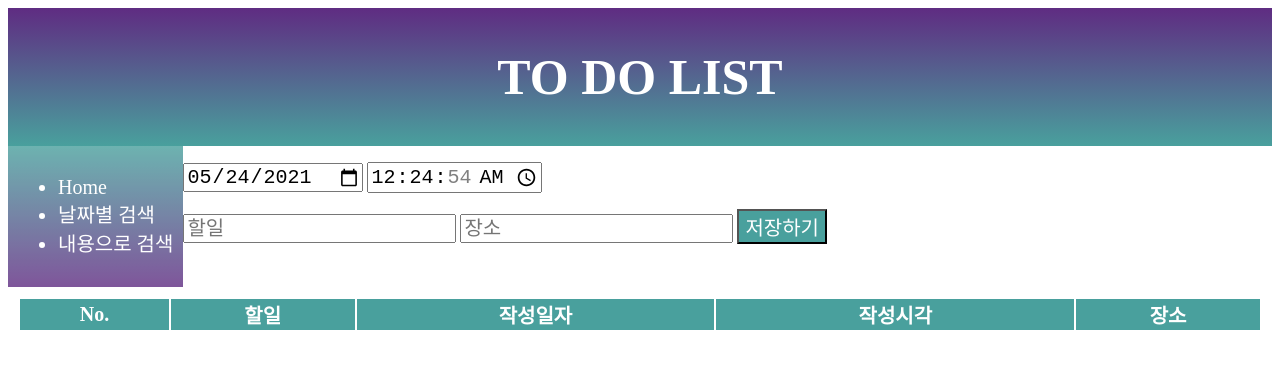
Repository: kimyoungjin98/Exam_Project
Page: http://localhost/Server_PR_TodoList/
The author's editor kept a copy of each file at every save. The page is drawn from the files as they stood at one save, then again after the next save.
The browser window is 1280 px wide. The pictures show the whole page.
Some web fonts or font styles are not loaded; a fallback is used. The page is served by Tomcat 9. Other server files are loaded and not shown. Queries for data that is not in the repository find no rows.

Above is the page before, as saved 2021-05-25 01:31:14.

### Server_PR_TodoList/src/main/webapp/WEB-INF/views/home.jsp
<%@ page language="java" contentType="text/html; charset=UTF-8"
    pageEncoding="UTF-8"%>
<%@ taglib uri="http://java.sun.com/jsp/jstl/core" prefix="c"%>
<c:set value="${pageContext.request.contextPath}" var="rootPath" />
<!DOCTYPE html>
<html>

<head>
<meta charset="UTF-8">
<title>어서오세요</title>
</head>
<script>
document.addEventListener("DOMContentLoaded",function(ev){

	document.querySelector("table")
	.addEventListener("click", function(ev){

		let tag = ev.target.tagName

		if(tag == "TD"){

			let seq = ev.target.closest("TR").dataset.seq

			document.location.href="${rootPath}/todo/view?td_seq=" + seq

		}

	})

})


</script>
<style>


@import url('https://fonts.googleapis.com/css2?family=Nanum+Gothic+Coding:wght@700&family=Roboto+Slab:wght@600&display=swap');
.jm-font {
		font-family: 'Nanum Gothic Coding', monospace;
		font-family: 'Roboto Slab', serif;
	}


table {
	width:100%;
	text-align: center;
	margin:3px auto;
	font-size:20px;
	padding:10px;
	font-weight: bolder;

}

table td{
	cursor:pointer;
	padding:5-%;


}

table td:hover{
	background-color: #49a09d;
	opacity: 0.5;
}

table div{
	border:1px solid #49a09d;
	outline:1px solid #49a09d;
}

table th{
	background-color:#49a09d;
	color:white;

}


</style>
<body>

	<%@ include file="/WEB-INF/views/banner.jsp" %>
	<p>
	<%@ include file="/WEB-INF/views/write.jsp" %>
	<p>
		<table>
		<div>
		<th>No.</th>
		<th>할일</th>
		<th>작성일자</th>
		<th>작성시각</th>
		<th>장소</th>
		</div>

		<c:forEach items="${TDLIST}" var="TD" varStatus="index">
			<tr data-seq="${TD.td_seq}">
				<td>${index.count}</td>
				<td>${TD.td_content}</td>
				<td>${TD.td_date}</td>
				<td>${TD.td_time}</td>
				<td>${TD.td_place}</td>
			</tr>

		</c:forEach>

	</table>

</body>
</html>

### Server_PR_TodoList/src/main/webapp/WEB-INF/views/banner.jsp
<%@ page language="java" contentType="text/html; charset=UTF-8"
    pageEncoding="UTF-8"%>
<%@ taglib uri="http://java.sun.com/jsp/jstl/core" prefix="c"%>
<c:set value="${pageContext.request.contextPath}" var="rootPath" />
<!DOCTYPE html>
<html>
<head>
<meta charset="UTF-8">
<title>Insert title here</title>
</head>
<script type="text/javascript">
document.addEventListener("DOMContentLoaded", function(){
	document.querySelector("nav").addEventListener("click",function(ev){

		let name = ev.target.id

		if(name == "home"){

			document
			.location
			.href="${rootPath}"


		}


	})

})

</script>
<style>
@import url('https://fonts.googleapis.com/css2?family=Nanum+Gothic+Coding:wght@700&family=Roboto+Slab:wght@600&display=swap');
.jm-font {
		font-family: 'Nanum Gothic Coding', monospace;
		font-family: 'Roboto Slab', serif;
	}

nav li:hover {

	cursor:pointer;

}

h1 {
	margin:auto;
	text-align: center;
	font-size:50px;
	background:linear-gradient(to bottom, #5f2c82, #49a09d);
	color:white;
	padding:40px;
}

nav {

	display:block;

	float:left;

	background:linear-gradient(to top, #5f2c82, #49a09d);
	opacity: 0.8;
	color:white;
	padding:10px;
	margin:auto;
	font-size:20px;

}


</style>
<body>
	<h1>TO DO LIST</h1>

	<nav>
	<ul>
	<li>Home</li>
	<li>날짜별 검색</li>
	<li >내용으로 검색</li>

	</ul>


	</nav>
</body>
</html>

### Server_PR_TodoList/src/main/webapp/WEB-INF/views/write.jsp
<%@ page language="java" contentType="text/html; charset=UTF-8"
    pageEncoding="UTF-8"%>
<%@ taglib uri="http://java.sun.com/jsp/jstl/core" prefix="c"%>
<c:set value="${pageContext.request.contextPath}" var="rootPath" />
<!DOCTYPE html>
<html>
<head>
<meta charset="UTF-8">
<title>Insert title here</title>
</head>
<script type="text/javascript">
document.addEventListener("DOMContentLoaded", function(ev){
	document.querySelector("button")
	.addEventListener("click",function(ev){

		let name = ev.target.className

		let td_date = document.querySelector("input[name='td_date']")
		let td_time = document.querySelector("input[name='td_time']")
		let td_content = document.querySelector("input[name='td_content']")
		let td_place = document.querySelector("input[name='td_place']")

		if(td_content.value == ""){

			alert("할일을 입력하세요 !")

			return false;
			}

			document.querySelector("form").submit();

	})

})

</script>
<style>

@import url('https://fonts.googleapis.com/css2?family=Nanum+Gothic+Coding:wght@700&family=Roboto+Slab:wght@600&display=swap');
.jm-font {
		font-family: 'Nanum Gothic Coding', monospace;
		font-family: 'Roboto Slab', serif;
	}

	label{
		font-size:20px;
	}

	input{
		font-size:20px;
	}

	button{
		background-color: #49a09d;
		color:white;
		font-size:20px;
		cursor:pointer;
	}


</style>
<body>



	<form method="POST" class="1">

	<input name="td_date" placeholder="작성일자" type="date" value="${TD.td_date}">
	<input name="td_time" placeholder="작성시각" type="time" value="${TD.td_time}"><p>
	<input name="td_content" placeholder="할일" value="${TD.td_content}"></input>
	<input name="td_place" placeholder="장소" value="${TD.td_place}">

		<button type="button">저장하기</button>
	</form>

</body>
</html>

### Server_PR_TodoList/src/main/java/com/callor/todo/controller/HomeController.java
package com.callor.todo.controller;

import java.io.IOException;
import java.text.SimpleDateFormat;
import java.util.Date;
import java.util.List;

import javax.servlet.ServletException;
import javax.servlet.annotation.WebServlet;
import javax.servlet.http.HttpServlet;
import javax.servlet.http.HttpServletRequest;
import javax.servlet.http.HttpServletResponse;

import com.callor.todo.model.TodoVO;
import com.callor.todo.service.TodoService;
import com.callor.todo.service.impl.TodoServiceImplV1;

@WebServlet("/")
public class HomeController extends HttpServlet{

	protected TodoService tdService;

	public HomeController() {

		tdService = new TodoServiceImplV1();

	}

	@Override
	protected void doGet(HttpServletRequest req, HttpServletResponse resp) throws ServletException, IOException {


		List<TodoVO> tdList = tdService.selectAll();

		req.setAttribute("TDLIST", tdList);

		SimpleDateFormat sDate = new SimpleDateFormat("yyyy-MM-dd");
		SimpleDateFormat sTime = new SimpleDateFormat("HH:mm:ss");
		Date date = new Date(System.currentTimeMillis());

		TodoVO tdVO = new TodoVO();

		tdVO.setTd_date(sDate.format(date));
		tdVO.setTd_time(sTime.format(date));

		req.setAttribute("TD", tdVO);

		ReqController.forward(resp, req, "home");

	}

	@Override
	protected void doPost(HttpServletRequest req, HttpServletResponse resp) throws ServletException, IOException {


		req.setCharacterEncoding("UTF-8");

		String td_date = req.getParameter("td_date");
		String td_content = req.getParameter("td_content");
		String td_time = req.getParameter("td_time");
		String td_place = req.getParameter("td_place");

		TodoVO tdVO = new TodoVO();

		tdVO.setTd_content(td_content);
		tdVO.setTd_date(td_date);
		tdVO.setTd_place(td_place);
		tdVO.setTd_time(td_time);

		tdService.insert(tdVO);

		System.out.println(tdVO.toString());

		resp.sendRedirect("/todo/");

	}

}

### Server_PR_TodoList/src/main/java/com/callor/todo/service/impl/TodoServiceImplV1.java
package com.callor.todo.service.impl;

import java.sql.Connection;
import java.sql.PreparedStatement;
import java.sql.ResultSet;
import java.sql.SQLException;
import java.util.ArrayList;
import java.util.List;

import com.callor.todo.config.DBConnect;
import com.callor.todo.model.TodoVO;
import com.callor.todo.service.TodoService;
import com.mysql.cj.x.protobuf.MysqlxPrepare.Prepare;

public class TodoServiceImplV1 implements TodoService {

	protected Connection dbConn;

	public TodoServiceImplV1() {

		dbConn = DBConnect.getDB();

	}

	protected List<TodoVO> select(PreparedStatement pStr) throws SQLException {

		List<TodoVO> tdList = new ArrayList<TodoVO>();
		ResultSet rSet = pStr.executeQuery();

		while (rSet.next()) {

			TodoVO tdVO = new TodoVO();

			tdVO.setTd_content(rSet.getString("td_content"));
			tdVO.setTd_date(rSet.getString("td_date"));
			tdVO.setTd_place(rSet.getString("td_place"));
			tdVO.setTd_time(rSet.getString("td_time"));
			tdVO.setTd_seq(rSet.getLong("td_seq"));
			tdList.add(tdVO);

		}

		return tdList;
	}

	@Override
	public List<TodoVO> selectAll() {
		// TODO Auto-generated method stub

		String sql = " SELECT * FROM tbl_todo ";

		PreparedStatement pStr = null;

		try {

			pStr = dbConn.prepareStatement(sql);
			List<TodoVO> tdList = this.select(pStr);


			return tdList;

		} catch (SQLException e) {
			// TODO Auto-generated catch block
			e.printStackTrace();
		}

		return null;
	}

	@Override
	public TodoVO findById(Long td_seq) {
		// TODO Auto-generated method stub

		String sql = " SELECT * FROM tbl_todo ";
		sql += " WHERE td_seq = ? ";

		PreparedStatement pStr = null;

		try {
			pStr = dbConn.prepareStatement(sql);
			pStr.setLong(1, td_seq);

			List<TodoVO> tdList = this.select(pStr);

			if(tdList != null && tdList.size() > 0) {

				return tdList.get(0);
			}

		} catch (SQLException e) {
			// TODO Auto-generated catch block
			e.printStackTrace();
		}

		return null;
	}

	@Override
	public Integer insert(TodoVO tdVO) {
		// TODO Auto-generated method stub

		String sql = " INSERT INTO tbl_todo ";
		sql += " (td_content, td_date, td_time, td_place) ";
		sql += " VALUES(?,?,?,?) ";

		PreparedStatement pStr = null;

		try {
			pStr = dbConn.prepareStatement(sql);
			pStr.setString(1, tdVO.getTd_content());
			pStr.setString(2, tdVO.getTd_date());
			pStr.setString(3, tdVO.getTd_time());
			pStr.setString(4, tdVO.getTd_place());

			return pStr.executeUpdate();



		} catch (SQLException e) {
			// TODO Auto-generated catch block
			e.printStackTrace();
		}

		return null;
	}

	@Override
	public Integer update(TodoVO tdVO) {
		// TODO Auto-generated method stub

		String sql = " UPDATE tbl_todo SET ";
		sql += " td_content = ?, ";
		sql += " td_date = ?, ";
		sql += " td_time = ?, ";
		sql += " td_place = ? ";
		sql += " WHERE td_seq = ? ";

		PreparedStatement pStr = null;

		try {
			pStr = dbConn.prepareStatement(sql);
			pStr.setString(1, tdVO.getTd_content());
			pStr.setString(2, tdVO.getTd_date());
			pStr.setString(3, tdVO.getTd_time());
			pStr.setString(4, tdVO.getTd_place());
			pStr.setLong(5, tdVO.getTd_seq());


			return pStr.executeUpdate();


		} catch (SQLException e) {
			// TODO Auto-generated catch block
			e.printStackTrace();
		}

		return null;
	}

	@Override
	public Integer delete(Long td_seq) {
		// TODO Auto-generated method stub

		String sql = " DELETE FROM tbl_todo ";
		sql += " WHERE td_seq = ? ";

		PreparedStatement pStr = null;

		try {
			pStr = dbConn.prepareStatement(sql);
			pStr.setLong(1, td_seq);

			return pStr.executeUpdate();
		} catch (SQLException e) {
			// TODO Auto-generated catch block
			e.printStackTrace();
		}



		return null;
	}

}

### Server_PR_TodoList/src/main/java/com/callor/todo/config/DBConnect.java
package com.callor.todo.config;

import java.sql.Connection;
import java.sql.DriverManager;
import java.sql.SQLException;

public class DBConnect {

	private static Connection dbConn;

	static {

		String driver = "com.mysql.cj.jdbc.Driver";
		String url = "jdbc:mysql://localhost:3306/todo";
		String user = "todoList";
		String pw = "1234";

		try {
			Class.forName(driver);

			if (dbConn == null) {
				dbConn = DriverManager.getConnection(url, user, pw);
			}

			System.out.println("DB 접속 성공");

		} catch (ClassNotFoundException e) {
			// TODO Auto-generated catch block
			e.printStackTrace();
		} catch (SQLException e) {
			// TODO Auto-generated catch block
			e.printStackTrace();
		}

	}

	public static Connection getDB() {

		return dbConn;
	}

}

### Server_PR_TodoList/src/main/java/com/callor/todo/model/TodoVO.java
package com.callor.todo.model;

import lombok.AllArgsConstructor;
import lombok.Getter;
import lombok.NoArgsConstructor;
import lombok.Setter;
import lombok.ToString;

@Getter
@Setter
@ToString
@AllArgsConstructor
@NoArgsConstructor
public class TodoVO {

	private Long td_seq;
	private String td_place;
	private String td_date;
	private String td_time;
	private String td_content;

}

### Server_PR_TodoList/src/main/java/com/callor/todo/controller/ReqController.java
package com.callor.todo.controller;

import java.io.IOException;

import javax.servlet.ServletException;
import javax.servlet.http.HttpServlet;
import javax.servlet.http.HttpServletRequest;
import javax.servlet.http.HttpServletResponse;

public class ReqController extends HttpServlet{

	public static void forward(HttpServletResponse res, HttpServletRequest req, String file) throws ServletException, IOException {

		String root = "/WEB-INF/views/" + file + ".jsp";

		req.getRequestDispatcher(root).forward(req, res);

	}

}

After the next save:
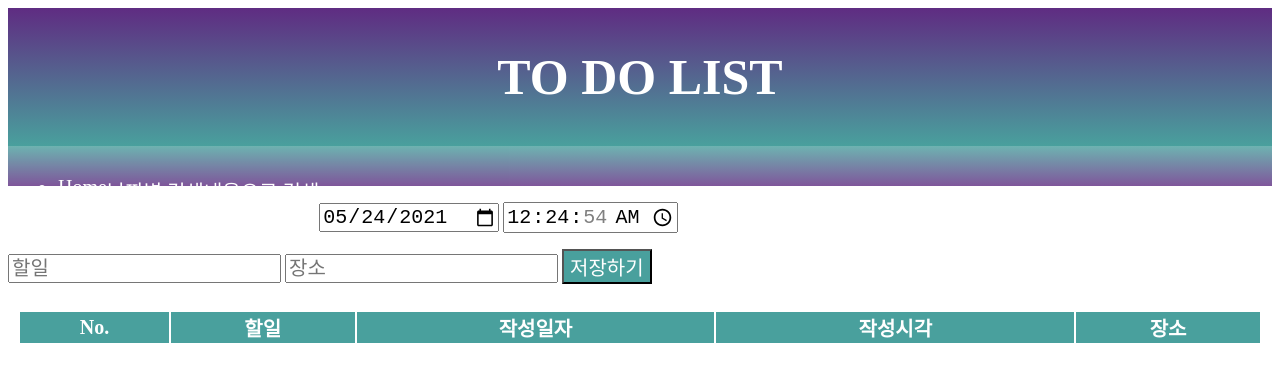
Saved 13 s later.
--- a/Server_PR_TodoList/src/main/webapp/WEB-INF/views/banner.jsp
+++ b/Server_PR_TodoList/src/main/webapp/WEB-INF/views/banner.jsp
@@ -55,7 +55,7 @@ nav {
 
 	display:block;
 
-	float:left;
+
 
 	background:linear-gradient(to top, #5f2c82, #49a09d);
 	opacity: 0.8;
@@ -64,6 +64,10 @@ nav {
 	margin:auto;
 	font-size:20px;
 
+}
+
+nav li{
+	float:left;
 }
 
 
